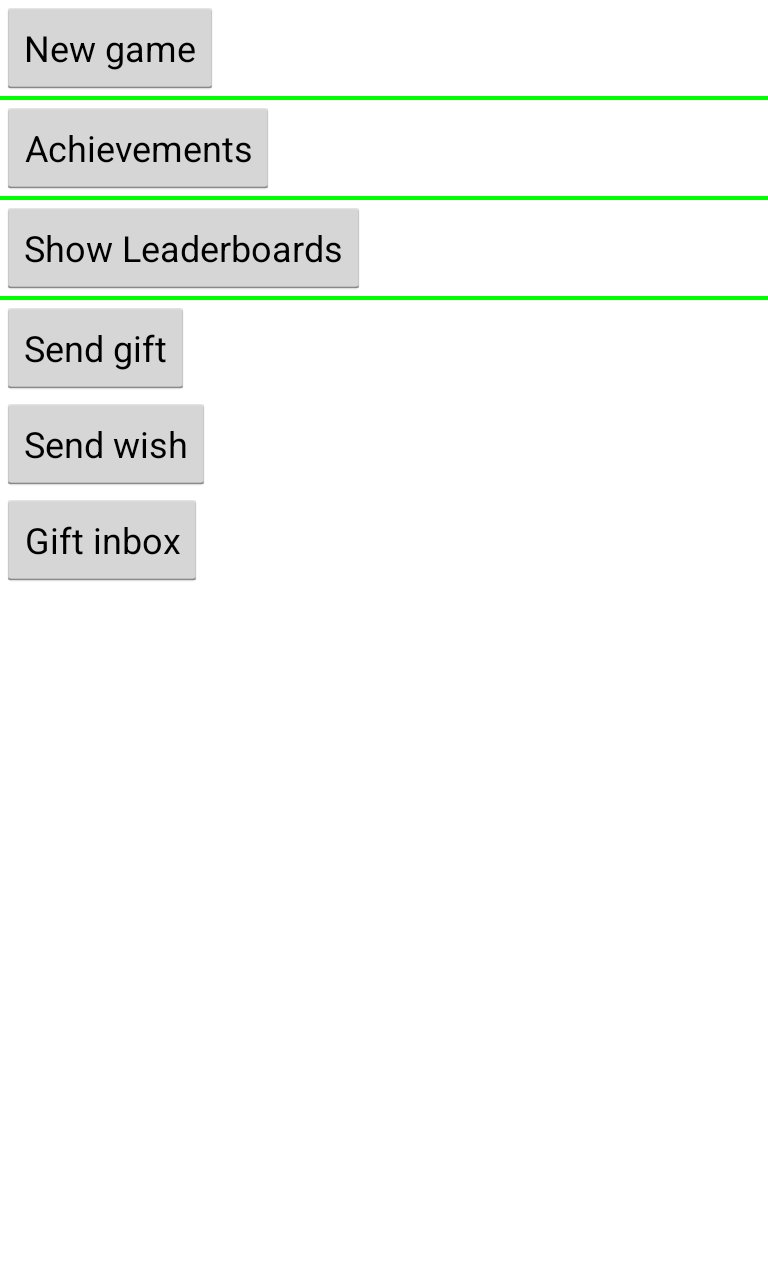
Repository: wassil/googleGamesTest
Layout: TicTacToe/res/layout/fragment_main_menu.xml
These files come from the project's save history. The layout is drawn as it stood at one moment and after the next save; the edit follows.
It is drawn on a 768 x 1280 px phone screen (xhdpi) without system bars, with theme AppTheme; the app's code is not run.

Above is the layout before, as saved 2014-04-01 18:03:07.

After the next save:
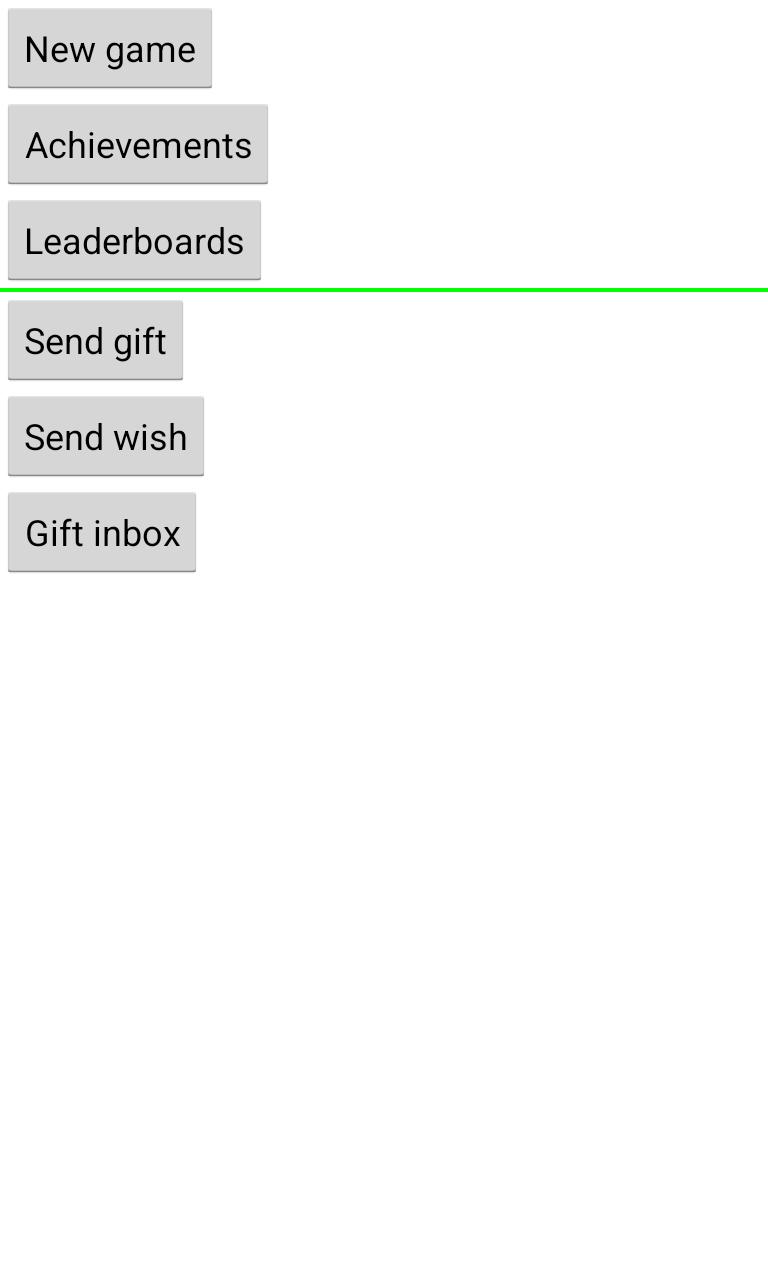
Saved 40 s later.
--- a/TicTacToe/res/layout/fragment_main_menu.xml
+++ b/TicTacToe/res/layout/fragment_main_menu.xml
@@ -10,25 +10,16 @@
         android:layout_width="wrap_content"
         android:layout_height="wrap_content"
         android:text="New game" />
-	<View
-    	android:layout_width="fill_parent"
-		android:layout_height="2dip"
-		android:background="#FF00FF00" />
-    <Button
+	<Button
         android:id="@+id/buttonAchievements"
         android:layout_width="wrap_content"
         android:layout_height="wrap_content"
         android:text="Achievements" />
-	<View
-    	android:layout_width="fill_parent"
-		android:layout_height="2dip"
-		android:background="#FF00FF00" />
-
 	<Button
-        android:id="@+id/buttonShowLeaderboards"
+        android:id="@+id/buttonLeaderboards"
         android:layout_width="wrap_content"
         android:layout_height="wrap_content"
-        android:text="Show Leaderboards" />
+        android:text="Leaderboards" />
 
 	<View
     	android:layout_width="fill_parent"
